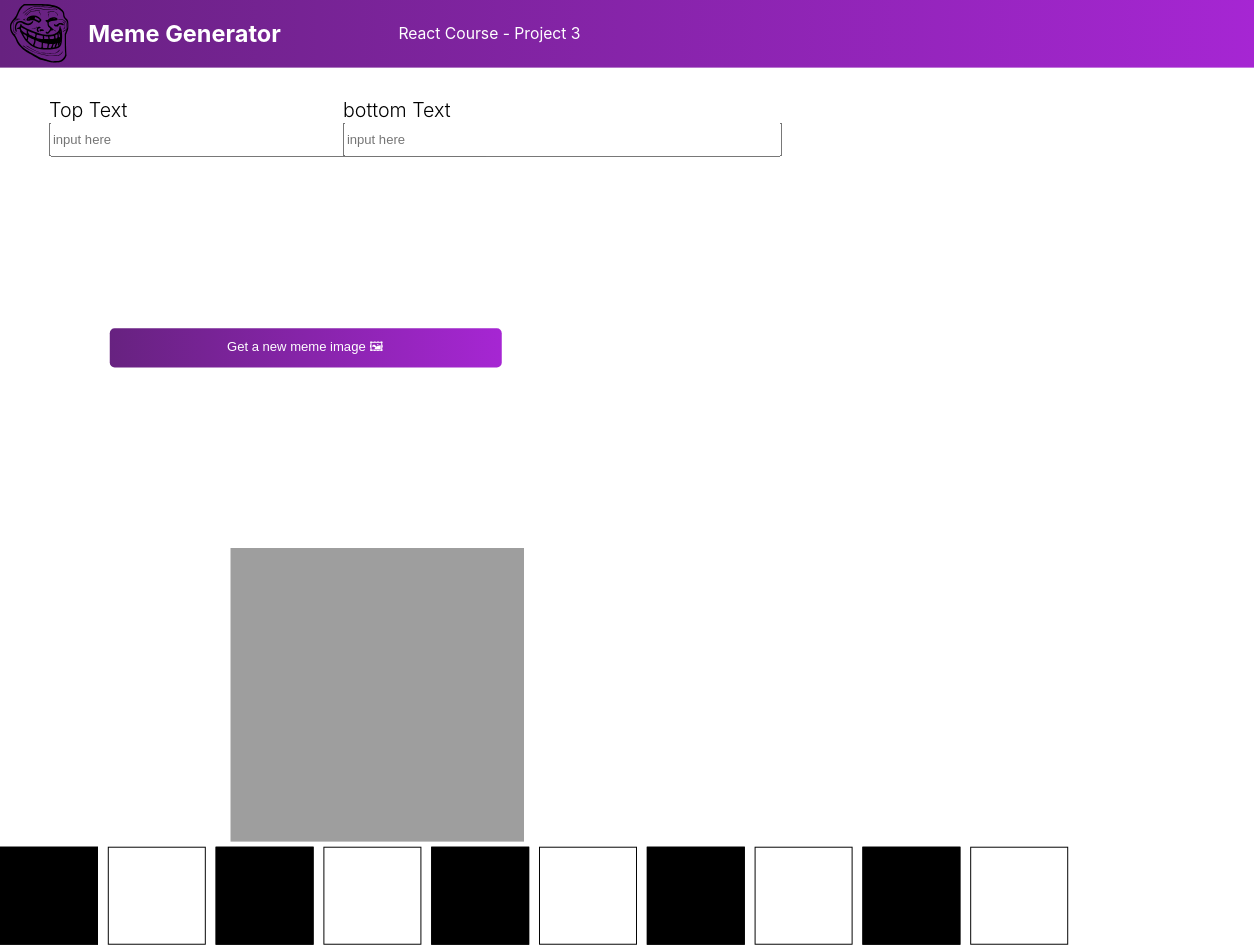
Repository: mortiestmorty1/meme-generator-react
Page: /
These files come from the project's save history. The page is drawn as it stood at one moment and after a run of saves; the edit follows.
The browser window is 1280 px wide. The pictures show the whole page, at 98% of full size.
Pictures or frames that could not be fetched are drawn as grey boxes. The project was rebuilt for these pictures with package versions that can differ from the ones it lists, and the page was loaded fresh each time.

Above is the page before, as saved 2024-01-20 00:20:36.

### src/index.js
import React from 'react';
import ReactDOM from 'react-dom/client';
import './index.css';
import App from './App';
import reportWebVitals from './reportWebVitals';

const root = ReactDOM.createRoot(document.getElementById('root'));
root.render(
  <React.StrictMode>
    <App darkMode={false}/>
  </React.StrictMode>
);

// If you want to start measuring performance in your app, pass a function
// to log results (for example: reportWebVitals(console.log))
// or send to an analytics endpoint. Learn more: https://bit.ly/CRA-vitals
reportWebVitals();

### src/index.css
body {
  margin: 0;
  font-family: -apple-system, BlinkMacSystemFont, 'Segoe UI', 'Roboto', 'Oxygen',
    'Ubuntu', 'Cantarell', 'Fira Sans', 'Droid Sans', 'Helvetica Neue',
    sans-serif;
  -webkit-font-smoothing: antialiased;
  -moz-osx-font-smoothing: grayscale;
}

code {
  font-family: source-code-pro, Menlo, Monaco, Consolas, 'Courier New',
    monospace;
}
* {
  box-sizing: border-box;
  }

### src/App.js

import './App.css';
import React from "react";
import Navbar from "./components/Navbar";
import Inputs from "./components/inputs";
import { useState } from 'react';
import boxes from "./components/boxes";
import Box from "./components/box";

function App(props) {
    const [Allboxes , setAllboxes] = useState(boxes)
    function Toggle(id){
        setAllboxes(prevboxes =>{
            return prevboxes.map((box)=>{
              return box.id ===id ?{...box , on:!box.on} :box
            })
        })
    }
         const boxElements = Allboxes.map(box =>
         <Box  id={box.id} key={box.id} on={box.on} toggle={Toggle}/>)
  return (
    <div className="App">
      <Navbar />
      <Inputs />
      {boxElements}
    </div>
  );
}

export default App;

### src/App.css
.nav-container {
  display: flex;
  justify-content: space-between;
  align-items: center;
  background: linear-gradient(to right, #672280,#A626D3);
  }
  .image{
    width: 60px;
    height: 60px;
    margin-left: 10px;
  }
  .navbar{
    display: flex;
    justify-content: space-around;
    align-items: center;
    margin-right: 10px;
    color: white;
  }
  .navbar h1{
    margin-right: 20px;
    margin-left: 20px;
  }
  .info{
    margin-left: 100px;
  }
  .inputs-container{
    margin-left: 50px;
    margin-top: 20px;
    font-size: 20px;
    font-weight: 300;
  }
  .top{
    position: absolute;
    top: 100px;
  }
  .bottom{
    position: absolute;
    margin-left: 300px;
    top: 100px;
  }
  .topinput{
    position: absolute;
    top: 125px;
    height: 35px;
    width: 35%;
  }
  .bottominput{
    position: absolute;
    top: 125px;
    margin-left: 300px;
    height: 35px;
    width: 35%;
  }
  .generate{
    margin-left: 5%;
    margin-top: 20%;
    background: linear-gradient(to right, #672280,#A626D3);
    color: white;
    border: none;
    border-radius: 5px;
    width: 400px;
    height: 40px;
  }
  .memeimage{
    margin-left: 15%;
    margin-top: 15%;
    width: 300px;
    height: 300px;
  }
  .box{
    width: 100px;
    height: 100px;
    border: 1px solid black;
    display: inline-block;
    margin-right: 10px;
  }

### src/components/Navbar.js
import React from "react";
import Troll from "./Troll-Face.svg";
import "../App.css";
function Navbar(){
    return(
        <div className="nav-container">
            <nav className="navbar">
                <img src={Troll} className="image" alt="Troll Face" />
                <h1>Meme Generator</h1>
                <section className="info">
                    <p>React Course - Project 3</p>
                </section>
            </nav>
        </div>
    )
}

export default Navbar;

### src/components/inputs.js
import React from "react";
import "../App.css";
import Meme from "./meme.js";
import { useState } from "react";
function Inputs(){
    const [Allmemeimage , setAllmemeimage] = useState(Meme)
    const [newmeme , setNewmeme] = useState({
        topText:"",
        bottomText:"",
        memeimage:"https://png.pngtree.com/png-vector/20231222/ourlarge/pngtree-do-not-press-this-button-sign-vector-png-image_11376553.png"
    })
    function handleClick () {

        const memearray = Allmemeimage
        const random = Math.floor(Math.random() * memearray.length)
        const url = memearray[random].url
        setNewmeme(prevmeme =>({
            ...prevmeme,
            memeimage:url
        }))
    }
    return(
        <div className="inputs-container">
            <div className="inputs">
                <label className="top">Top Text</label>
                <input  className="topinput" type="text" placeholder="input here" />
                <label className="bottom">bottom Text</label>
                <input className="bottominput" type="text" placeholder="input here" />
                <button className="generate" onClick={handleClick}>Get a new meme image  🖼</button>
            </div>
            < img src={newmeme.memeimage} className="memeimage" alt="meme" />
        </div>
    )
}

export default Inputs;

### src/components/boxes.js
export default [
    {
        id:1,
        on : false
    }
    ,
    {
        id:2,
        on : true
    }
    ,
    {
        id:3,
        on : false
    }
    ,
    {
        id:4,
        on : true
    }
    ,
    {
        id:5,
        on : false
    }
    ,
    {
        id:6,
        on : true
    }
    ,
    {
        id:7,
        on : false
    }
    ,
    {
        id:8,
        on : true
    }
    ,
    {
        id:9,
        on : false
    }
    ,
    {
        id:10,
        on : true
    }
]

### src/components/box.js
import React from "react";
import { useState } from 'react';

function Box(props){
    const styles ={
        backgroundColor: props.on ===false ? "black" : "white",
    }
    function handleClick(){
      props.toggle(props.id)
    }
    return(
        <div className='box' onClick={handleClick}  style={styles}></div>
    )
}

export default Box;

### src/components/meme.js

export default [
    {
        id: 1,
        name: "Drake",
        url: "https://i.imgflip.com/30b1gx.jpg",
        width: 1200,
        height: 1200
    },
    {
        id: 2,
        name: "Distracted Boyfriend",
        url: "https://i.imgflip.com/1ur9b0.jpg",
        width: 1200,
        height: 800
    },
    {
        id: 3,
        name: "Two Buttons",
        url: "https://i.imgflip.com/1g8my4.jpg",
        width: 600,
        height: 908
    },
    {
        id: 4,
        name: "Mocking Spongebob",
        url: "https://i.imgflip.com/1otk96.jpg",
        width: 502,
        height: 353
    },
    {
        id: 5,
        name: "Expanding Brain",
        url: "https://i.imgflip.com/1jwhww.jpg",
        width: 857,
        height: 1202
    },
    {
        id: 6,
        name: "Roll Safe Think About It",
        url: "https://i.imgflip.com/1h7in3.jpg",
        width: 600,
        height: 600
    },
    {
        id: 7,
        name: "Change My Mind",
        url: "https://i.imgflip.com/24y43o.jpg",
        width: 482,
        height: 361
    },
    {
        id: 8,
        name: "Is This A Pigeon",
        url: "https://i.imgflip.com/1o00in.jpg",
        width: 857,
        height: 1202
    },
    {
        id: 9,
        name: "Batman Slapping Robin",
        url: "https://i.imgflip.com/9ehk.jpg",
        width: 400,
        height: 387
    },
   {
        id: 10,
        name: "One Does Not Simply",
        url: "https://i.imgflip.com/1bij.jpg",
        width: 568,
        height: 335
    },
    {
        id: 11,
        name: "Philosoraptor",
        url: "https://i.imgflip.com/1bgs.jpg",
        width: 400,
        height: 400
    },
    {
        id: 12,
        name: "Waiting Skeleton",
        url: "https://i.imgflip.com/2fm6x.jpg",
        width: 500,
        height: 500
    },
    {
        id: 13,
        name: "X, X Everywhere",
        url: "https://i.imgflip.com/1ihzfe.jpg",
        width: 500,
        height: 610
    },
    {
        id: 14,
        name: "Futurama Fry",
        url: "https://i.imgflip.com/1bgw.jpg",
        width: 553,
        height: 439
    },
    {
        id: 15,
        name: "Ancient Aliens",
        url: "https://i.imgflip.com/26am.jpg",
        width: 500,
        height: 437
    },
    {
        id: 16,
        name: "That Would Be Great",
        url: "https://i.imgflip.com/1bh8.jpg",
        width: 500,
        height: 500
    },
    {
        id: 17,
        name: "Unsettled Tom",
        url: "https://i.imgflip.com/2wifvo.jpg",
        "width": 500,
        "height": 654
    },
    {
        id : 18,
        name: "Boardroom Meeting Suggestion",
        url: "https://i.imgflip.com/m78d.jpg",
        width: 625,
        height: 415
    },
]

Loaded but not shown: public/index.html (common file); src/reportWebVitals.js (common file)

After the next 3 saves:
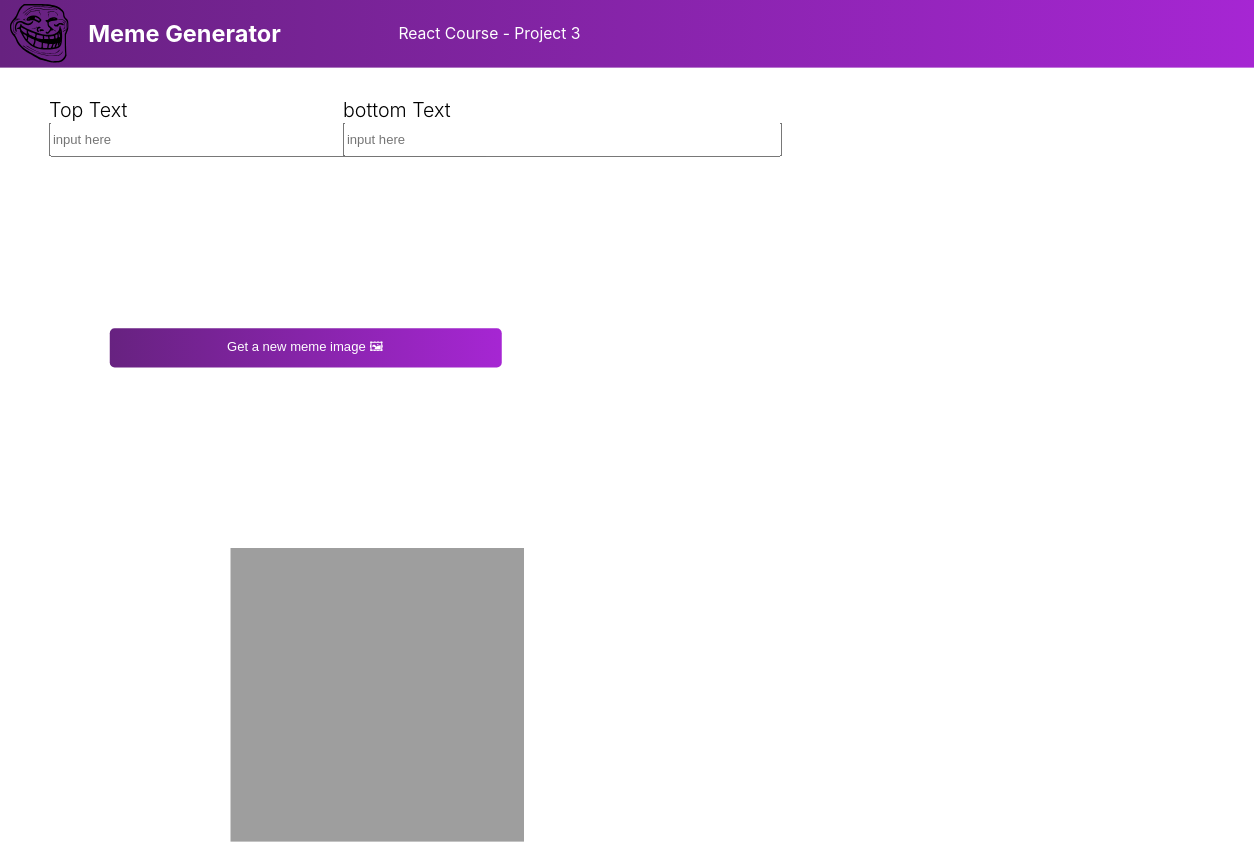
The 3 saves are shown as one change because 2 did not build or start.
The last was saved 16 h 14 min later.
--- a/src/App.js
+++ b/src/App.js
@@ -8,21 +8,10 @@ import boxes from "./components/boxes";
 import Box from "./components/box";
 
 function App(props) {
-    const [Allboxes , setAllboxes] = useState(boxes)
-    function Toggle(id){
-        setAllboxes(prevboxes =>{
-            return prevboxes.map((box)=>{
-              return box.id ===id ?{...box , on:!box.on} :box
-            })
-        })
-    }
-         const boxElements = Allboxes.map(box =>
-         <Box  id={box.id} key={box.id} on={box.on} toggle={Toggle}/>)
   return (
     <div className="App">
       <Navbar />
       <Inputs />
-      {boxElements}
     </div>
   );
 }
